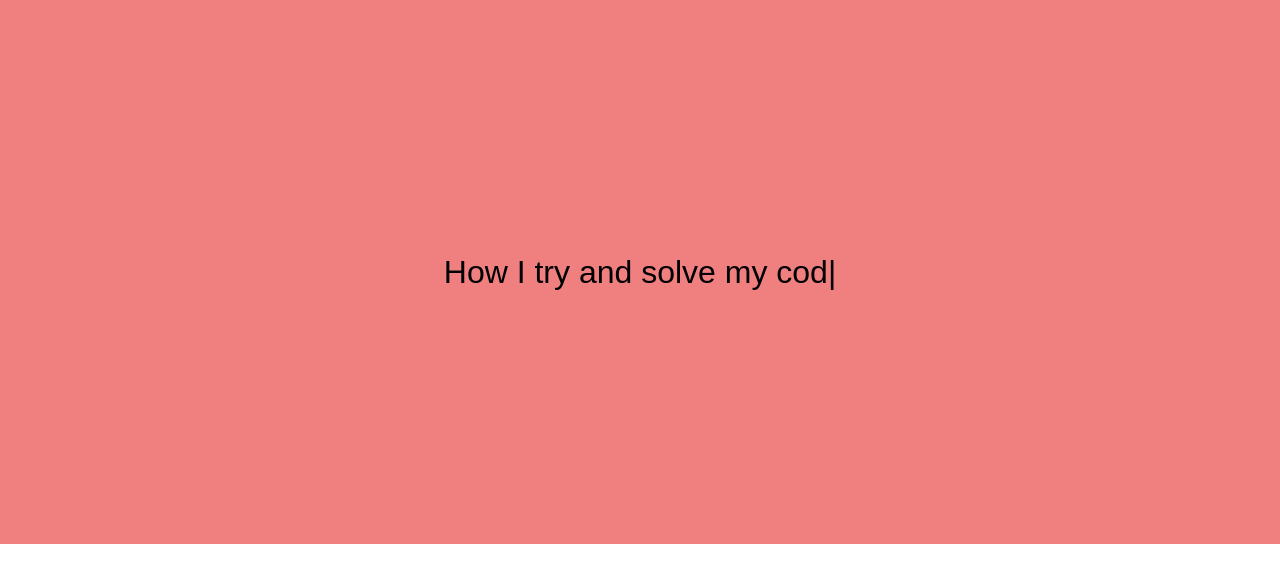
Repository: chashoff/portfolio-winner
Page: /blog (app in reactjs/)
The author's editor kept a copy of each file at every save. The page is drawn from the files as they stood at one save, then again after a run of saves.
The browser window is 1280 px wide. The pictures show the whole page.
The project was rebuilt for these pictures with package versions that can differ from the ones it lists, and the page was loaded fresh each time. Also part of the build but not shown: reactjs/src/styles/Home.css, reactjs/src/components/gridItem/index.js, reactjs/src/components/social/index.css, reactjs/src/components/social/index.js, reactjs/src/views/Home.js, reactjs/src/views/About.js, reactjs/src/views/Projects.js, reactjs/src/views/Contact.js.

Above is the page before, as saved 2020-05-24 00:45:58.

### reactjs/src/index.css
html, body, div, span, applet, object, iframe,
h1, h2, h3, h4, h5, h6, p, blockquote, pre,
a, abbr, acronym, address, big, cite, code,
del, dfn, em, img, ins, kbd, q, s, samp,
small, strike, strong, sub, sup, tt, var,
b, u, i, center,
dl, dt, dd, ol, ul, li,
fieldset, form, label, legend,
table, caption, tbody, tfoot, thead, tr, th, td,
article, aside, canvas, details, embed,
figure, figcaption, footer, header, hgroup,
menu, nav, output, ruby, section, summary,
time, mark, audio, video {
	margin: 0;
	padding: 0;
	border: 0;
	font-size: 64.5%;
	font: inherit;
	vertical-align: baseline;
}
/* HTML5 display-role reset for older browsers */
article, aside, details, figcaption, figure,
footer, header, hgroup, menu, nav, section {
	display: block;
}
html {
	font-family: Arial, Helvetica, sans-serif;
}
body {
	line-height: 1;
}
ol, ul {
	list-style: none;
}
blockquote, q {
	quotes: none;
}
blockquote:before, blockquote:after,
q:before, q:after {
	content: '';
	content: none;
}
table {
	border-collapse: collapse;
	border-spacing: 0;
}

code {
  font-family: source-code-pro, Menlo, Monaco, Consolas, 'Courier New',
    monospace;
}

h1 {
	font-size: 2rem;
}

### reactjs/src/App.js
import React from 'react';
import Routes from './components/routes';

function App() {
  return (
      <Routes />
  );
}

export default App;

### reactjs/src/components/routes/index.js
import React from "react";
import { BrowserRouter as Router, Switch, Route } from "react-router-dom";
import Home from '../../views/Home';
import About from "../../views/About";
import Projects from "../../views/Projects";
import Blog from "../../views/Blog";
import Contact from "../../views/Contact";

const Routes = () => (
    <Router>
        <Switch>
            <Route exact component={Home} path="/" />
            <Route exact component={Blog} path="/blog" />
            <Route component={About} path="/about" />
            <Route component={Projects} path="/projects" />
            <Route component={Contact} path="/contact" />
        </Switch>
    </Router>
)
export default Routes;

### reactjs/src/views/Blog.js
import React, { Component } from 'react';
import Typed from 'react-typed';
import "../styles/Blog.css";

class Blog extends Component {
    render() {
        return (
            <div>
                <div className="hero-container">
                    <div style={{ display: 'flex', justifyContent: 'center', alignItems: 'center'}}>
                        <Typed
                        strings={[
                            'How I solve my coding problems!',
                            'How I try and solve my coding problems...']}
                            typeSpeed={40}
                            backSpeed={50}
                            className="typed-js"
                            ></Typed>
                    </div>
                </div>
            </div>
        )
    }
}
export default Blog;

### reactjs/src/styles/Blog.css
.hero-container {
    background-color: lightcoral;
}
.typed-js {
    margin: 8em 0 8em 0;
    font-size: 2em;
}

Loaded but not shown: reactjs/public/index.html (common file); reactjs/src/index.js (common file)

After the next 2 saves:
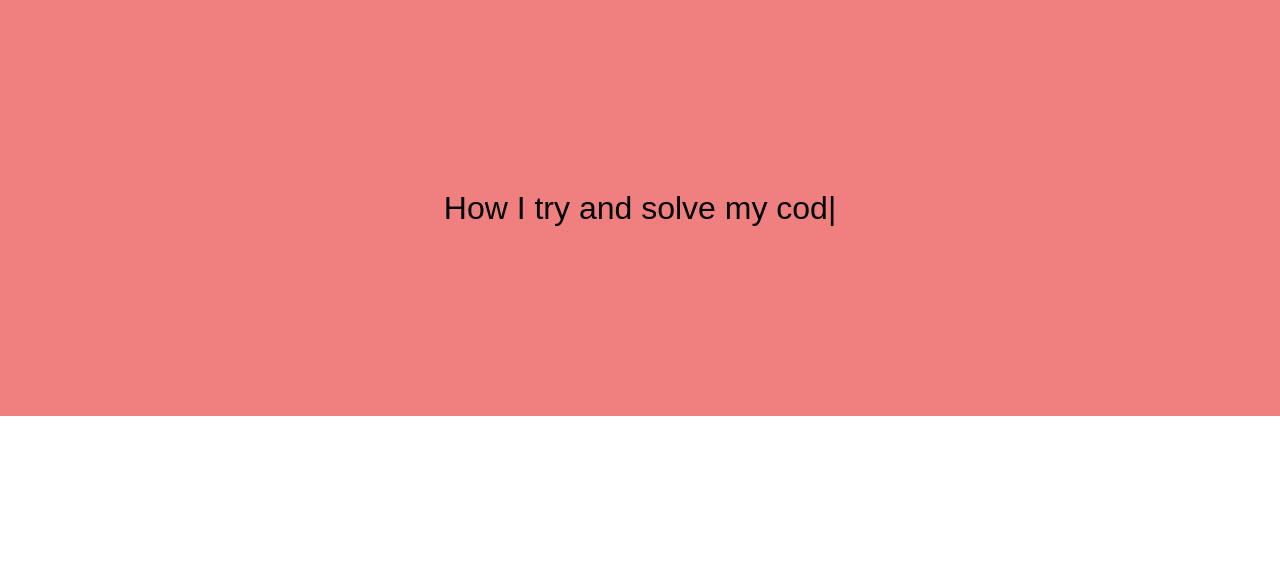
The 2 saves are shown as one change because they came seconds apart.
The last was saved 7 s later.
--- a/reactjs/src/styles/Blog.css
+++ b/reactjs/src/styles/Blog.css
@@ -2,6 +2,6 @@
     background-color: lightcoral;
 }
 .typed-js {
-    margin: 8em 0 8em 0;
+    margin: 6em 0 6em 0;
     font-size: 2em;
 }
